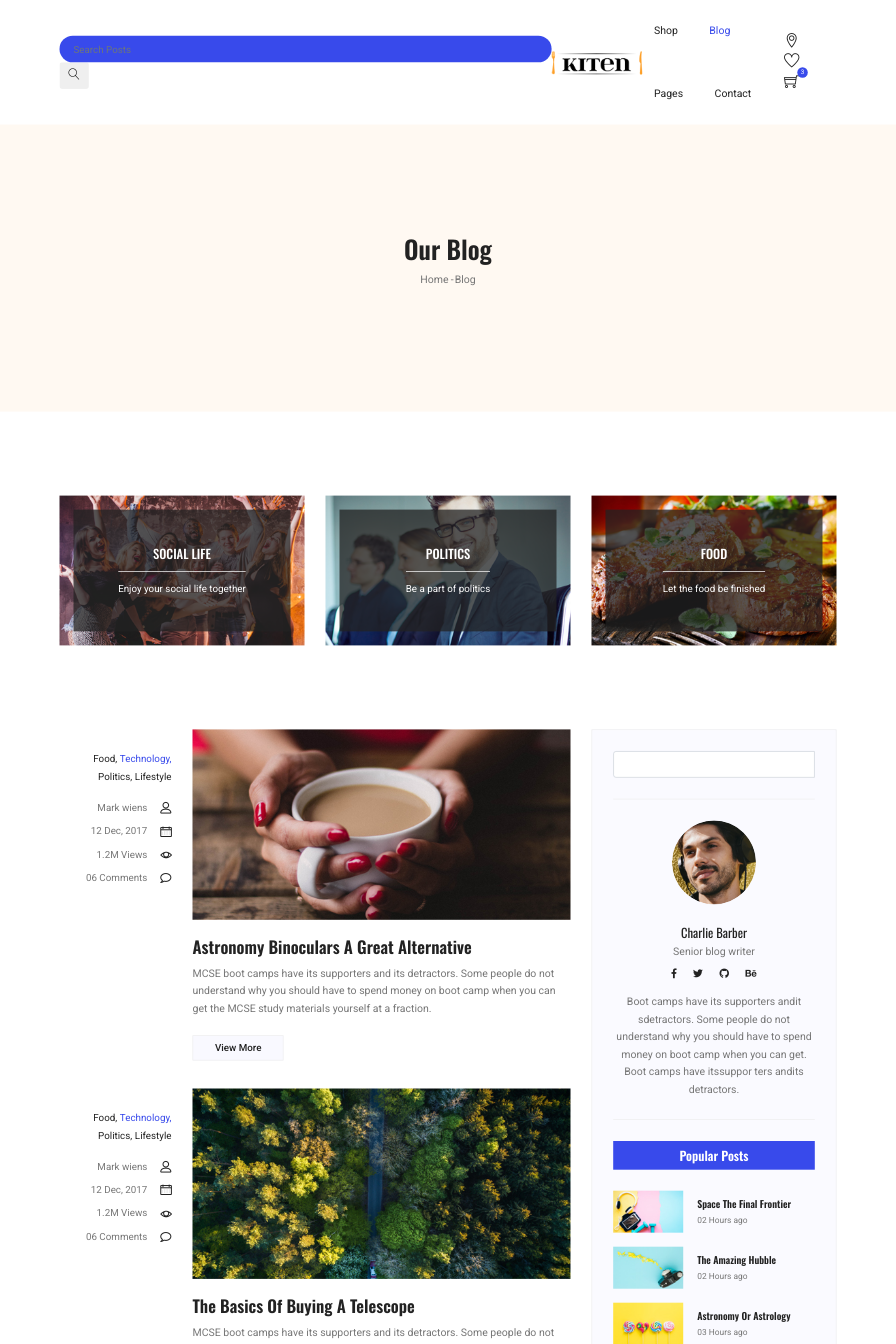
Repository: miniwon/semiProject_KITEN
Page: http://localhost/KITEN/WEB-INF/views/blog.jsp
These files come from the project's save history. The page is drawn as it stood at one moment and after the next save; the edit follows.
The browser window is 1280 px wide. The pictures show the part of the page from y = 0 to 1920 px (the page is 4573 px tall before and 4484 px after), at 70% of full size.
The page is served by Tomcat 9. Nobody is signed in. The template is opened directly, without the code that normally fills it, so the values that code supplies are empty.

Above is the page before, as saved 2022-11-17 01:49:44.

After the next save:
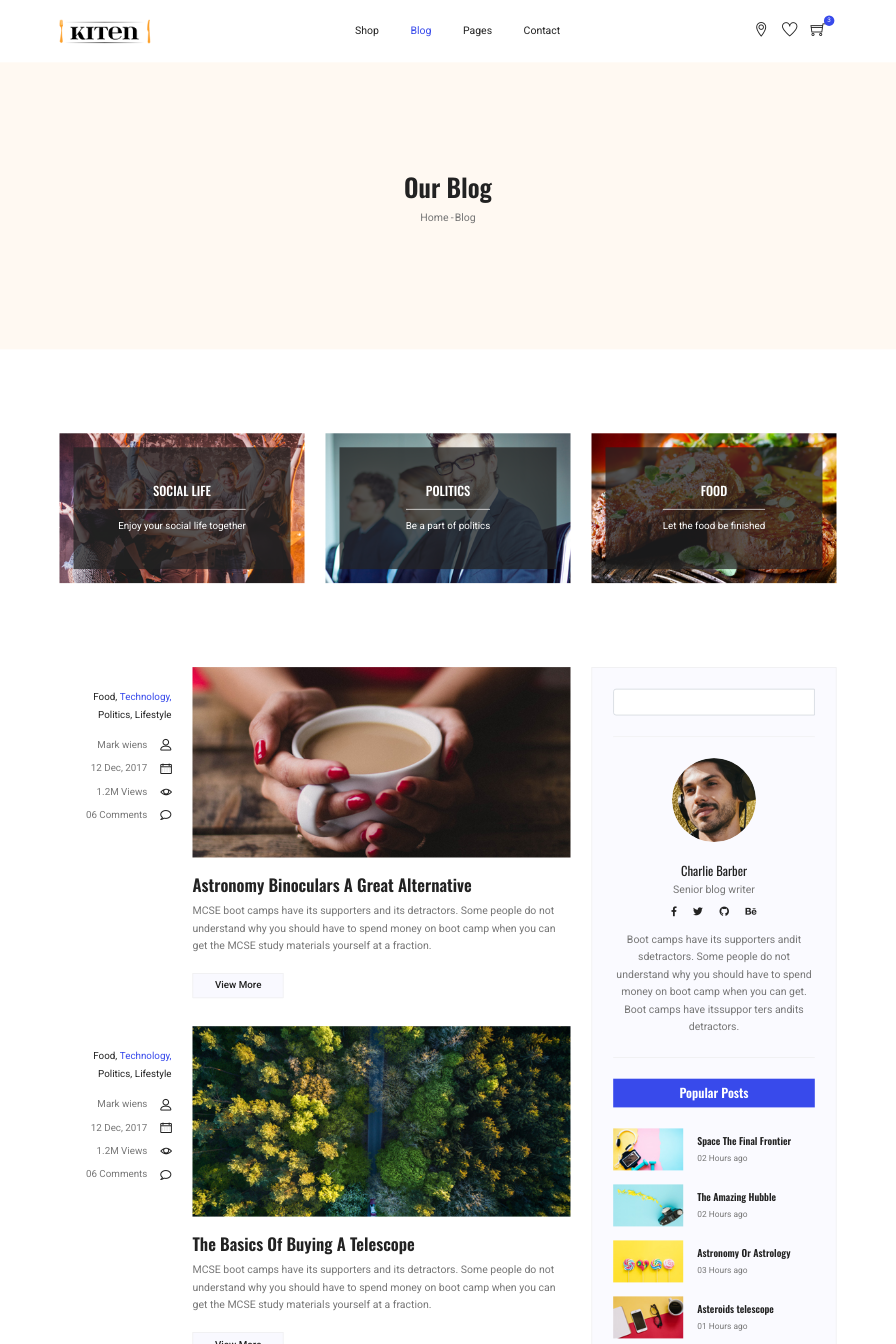
Saved 67 s later.
--- a/KITEN/src/main/webapp/WEB-INF/views/blog.jsp
+++ b/KITEN/src/main/webapp/WEB-INF/views/blog.jsp
@@ -26,13 +26,6 @@
 		<div class="main_menu">
 			<nav class="navbar navbar-expand-lg navbar-light">
 				<div class="container">
-				<div class="input-group">
-					<input type="text" class="form-control" placeholder="Search Posts"> <span class="input-group-btn">
-						<button class="btn btn-default" type="button">
-							<i class="lnr lnr-magnifier"></i>
-						</button>
-					</span>
-				</div>
 					<a class="navbar-brand logo_h" href="index.html"><img src="<%=pjName%>/resources/img/logo.png" alt=""></a>
 					<button class="navbar-toggler" type="button" data-toggle="collapse" data-target="#navbarSupportedContent" aria-controls="navbarSupportedContent" aria-expanded="false"
 						aria-label="Toggle navigation">
@@ -571,7 +564,9 @@
 					<p class="col-lg-12 footer-text text-center">
 						<!-- Link back to Colorlib can't be removed. Template is licensed under CC BY 3.0. -->
 						Copyright &copy;
-						<script>document.write(new Date().getFullYear());</script>
+						<script>
+							document.write(new Date().getFullYear());
+						</script>
 						All rights reserved | This template is made with <i class="fa fa-heart" aria-hidden="true"></i> by <a href="https://colorlib.com" target="_blank">Colorlib</a>
 						<!-- Link back to Colorlib can't be removed. Template is licensed under CC BY 3.0. -->
 					</p>
